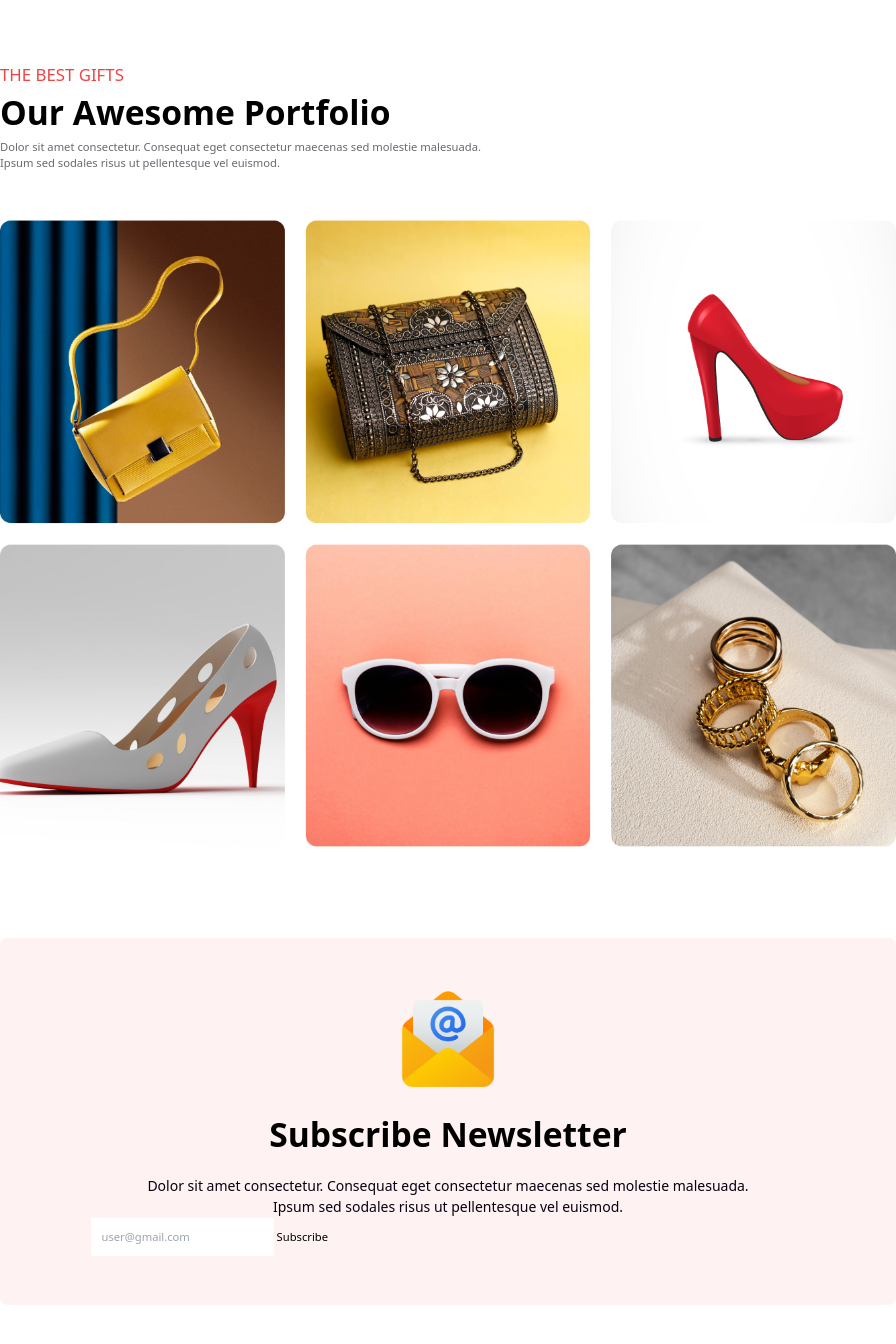
Repository: nahid-hasann/landing-page-1
Page: index.html
The author's editor kept a copy of each file at every save. The page is drawn from the files as they stood at one save, then again after a run of saves.
The browser window is 1280 px wide. The pictures show the part of the page from y = 4580 to 6500 px (the page is 6574 px tall), at 70% of full size.
Some web libraries are served in a nearby version.

Above is the page before, as saved 2025-07-09 22:07:08.

### index.html
<!DOCTYPE html>
<html lang="en">
<head>
    <meta charset="UTF-8">
    <meta name="viewport" content="width=device-width, initial-scale=10">
    <title>Document</title>
    <link rel="stylesheet" href="style.css">
    <script src="https://cdn.tailwindcss.com"></script>

</head>
<body>

<main class="main">

  <section>
      <div class="banner">

        <h6 style="color: white; text-align: center;">Happy New Year</h6>
        <h1 style="color: white; text-align: center;">New Year Party Celebration</h1>

    </div>
  </section>

<section class="discount-section">
      <div class="discount">

      <h1 class="discount-of">65% OFF</h1>
      <br>
      <br>
      <br>
      <p class="discount-p">OUR HOLIDAY DEALS ARE BETTER</p>
      <br>
      <h4 class="discount-h">ALL CATEGORIES</h4>
      <br>
      <img style="width: 802px; text-align: center; margin: auto;" src="images/New Year Photo.png" alt="">

  </div>
</section>

<section class="midnight-party">
      <div>
        <h1 style="font-size: 64px; color: white;">Welcome to midnight party</h1>
        <br>
        <p style="font-size: 18px; color: #b09f7c;">Dolor sit amet consectetur. Consequat eget consectetur maecenas sed molestie malesuada. Ipsum sed sodales risus ut pellentesque vel euismod. </p>
        <br>
        <p style="font-size: 20px ; font-weight: 700; color: white;">Join Now</p>
      </div>

      <img src="images/Group 70.png" alt="">

</section >

<section class=" offer">

         <p style="font-size: 30px;"><span style="color: red; font-size: 30px;">Place:</span> New Park Hotel</p>
         <br>
         <p style="font-size: 30px;"><span style="color: red; font-size: 30px;">Date:</span> 31 December Night 2023</p>
         <br>
         <p style="font-size: 30px;"><span style="color: red; font-size: 30px;">Time:</span> Evening 7.30 pm to 12.30 am</p>
         <br>
         <br>
         <button class="btn">Join Now</button>

</section>


<section class="new-best-offer">

<div class="new-offer1">
  <p style="font-size: 24px; color: red;">NEW BEST OFFER</p>
  <br>
  <h1 style="font-size: 48px;">Coming Soon</h1>
  <br>
  <p style="font-size: 20px ; color: rgba(7, 2, 17, 0.6);">Dolor sit amet consectetur. Consequat eget consectetur maecenas sed molestie malesuada. Ipsum sed sodales risus ut pellentesque vel euismod. </p>
</div>

<div style="padding-right: 100px;" class="new-offer2">
    <div class="circle-border">
      <img style="width: 364px; " src="images/Ellipse 1.png" alt="">
    </div>
</div>

<div class="new-offer3">
      <h2>2024</h2>
      <p>Dolor sit amet consectetur. Consequat eget consectetur maecenas sed.</p>
      <img src="images/Group 96.png" alt="">
</div>

</section>


<section class="holidays">

  <div>
    <p style="font-size: 24px ; text-align: center;">WHAT IS FUNCTIONAL</p>
    <br>
    <h1 style="font-size: 72px; text-align: center;"><span style="color: red; text-align: center;">Holidays</span> Sale 50%</h1>
    <br>
    <p style="text-align: center; font-size: 18px ; padding: 0px 100px;">Dolor sit amet consectetur. Consequat eget consectetur maecenas sed <br>
molestie malesuada. Ipsum sed  sodales risus ut pellentesque vel euismod. Eleifend nunc purus quam id <br> fermentum amet amet sit consectetur.</p>
  </div>

  <div class="holidays-img">
    <img class="img1" src="images/Group 75.png" alt="">
    <img class="img2" src="images/Group 44.png" alt="">
  </div>


</section>


<section class="img-show mb-[130px]">

   <div>
    <p class="text-red-500  text-[24px]">THE BEST GIFTS</p>
    <h1 class="text-[48px] font-bold">Our Awesome Portfolio</h1>
    <p class="text-[rgba(7,2,17,0.6)]">Dolor sit amet consectetur. Consequat eget consectetur maecenas sed molestie malesuada. <br>
    Ipsum sed sodales risus ut pellentesque vel euismod. </p>
   </div>

   <div class="img-show-1">
    <img src="images/Rectangle 3.png" alt="">
    <img src="images/Rectangle 4.png" alt="">
    <img src="images/Rectangle 5.png" alt="">
    <img src="images/Rectangle 6.png" alt="">
    <img src="images/Rectangle 7.png" alt="">
    <img src="images/Rectangle 8.png" alt="">
   </div>

</section>

<section class="subscrib-news-latter mb-[130px]">
     <div class="subscription">
      <img class="w-[150px] h-[150px]" src="images/Group 61.png" alt="">
      <br>
      <h1 class="text-[48px] font-bold">Subscribe Newsletter</h1>
      <br>
      <p class="text-[20px] text-[#070211]">Dolor sit amet consectetur. Consequat eget consectetur maecenas sed molestie malesuada.
        <br> Ipsum sed sodales risus ut pellentesque vel euismod. </p>
     </div>

     <div class="news-latter">
      <input type="email" placeholder="user@gmail.com">
      <button>Subscribe</button>
     </div>
</section>

</main>





</body>
</html>

### style.css
*{
    margin: 0;
    padding: 0;
    box-sizing: border-box;
}

.main{
    max-width: 1320px;
    margin: auto;
}

.banner{
    background: linear-gradient(rgba(0, 0, 0, 0.5), rgba(0, 0, 0, 0.5)), url(images/banner.png);
    background-repeat: no-repeat;
    background-size: cover;
    background-position: center;
    margin: 20px auto;
    height: 600px;
    display: flex;
    flex-direction: column;
    justify-content: center;
    border-radius: 15px;

}

.banner h1 {
   font-size: 72px;
}

.banner h6{
    font-size: 32px;
}

.discount{
    display: flex;
    flex-direction: column;
    justify-content: center;
    align-items: center;
}

.discount-of{
    font-size: 88px;
    color: red;
}

.discount-p{
    font-size: 24px ;
    color: red;

}

.discount-h{
    font-size: 48px;
}

.discount-section{
    margin: 130px 0;
}

.midnight-party{
    display: flex;
    justify-content: space-around;
    background: linear-gradient(rgba(0, 0, 0, 0.5), rgba(0, 0, 0, 0.5)), url('images/Vectorrr.png');
    align-items: center;
    padding: 40px 100px;
    border-radius: 10px;
    gap: 40px;
    margin-bottom: 130px;
}

.offer{
    background: linear-gradient(to bottom, #ffeaea, #ffffff);
    padding: 100px;
    display: flex;
    flex-direction: column;
    align-items: center;
    margin-bottom: 130px;
    border-radius: 10px;
}

.btn{
    padding: 13px 24px;
    border: none;
    background-color: red;
    border-radius: 5px;
}

.new-best-offer{
    display: flex;
    gap: 50px;
    align-items: center;
    justify-content: space-between;
    margin: 130px auto;
}

.new-offer2 .circle-border{
    width: 500px;
    height: 500px;
    border-radius: 50%;
    display: flex;
    justify-content: center;
    background: transparent;
    align-items: center;
    border: 20px solid red;

}

.new-offer2 img {
    width: 90%;                 /* Size adjust */
    height: auto;
    object-fit: cover;          /* Maintain image aspect */
}

.holidays{
    margin-bottom: 130px;
}

.img1{
    width: 674px;
}

.img2{
    width: 200px;
    margin-bottom: 300px;
    margin-right: 70px;
}

.holidays-img{
    background-image: url('images/rectangle.png');
    background-repeat: no-repeat;
    background-position: center bottom;
    display: flex;
    justify-content: space-between;
    align-items: flex-end;
    margin-top: 50px;
}

.img-show-1{

    display: grid;
    grid-template-columns: 1fr 1fr 1fr;
    column-gap: 30px;
    row-gap: 30px;
    margin-top: 70px;
}

.subscription{
    display: flex;
    flex-direction: column;
    justify-content: center;
    align-items: center;
    text-align: center;
}

.subscrib-news-latter{
    background: #fff2f2;
    padding: 70px 130px;
    border-radius: 10px;
}

.news-latter input{
    background-color: rgba(255, 255, 255, 1);
    padding: 15px ;
}

After the next 3 saves:
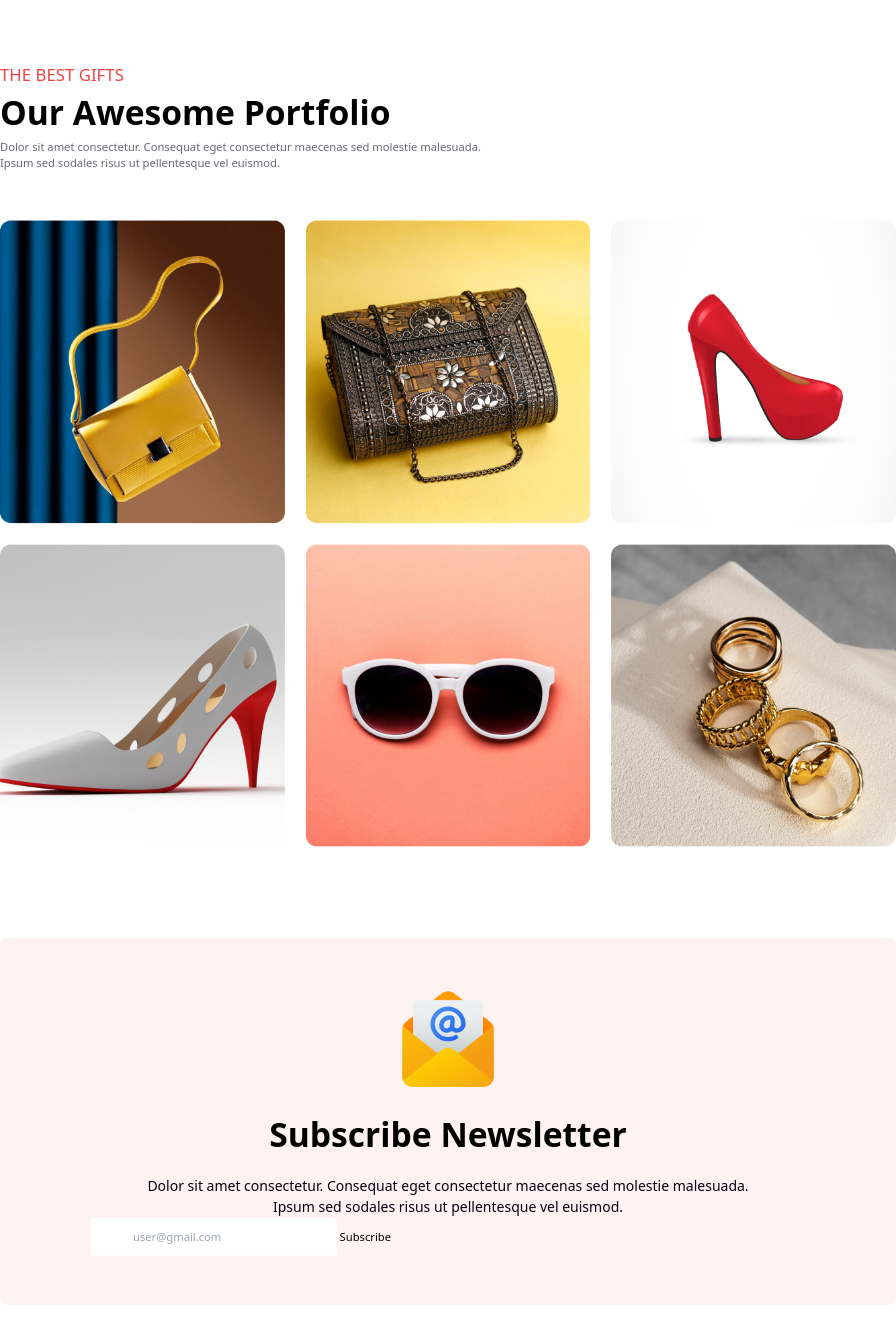
The 3 saves are shown as one change because they came seconds apart.
The last was saved 12 s later.
--- a/style.css
+++ b/style.css
@@ -160,5 +160,5 @@
 
 .news-latter input{
     background-color: rgba(255, 255, 255, 1);
-    padding: 15px ;
+    padding: 15px 60px 15px ;
 }
